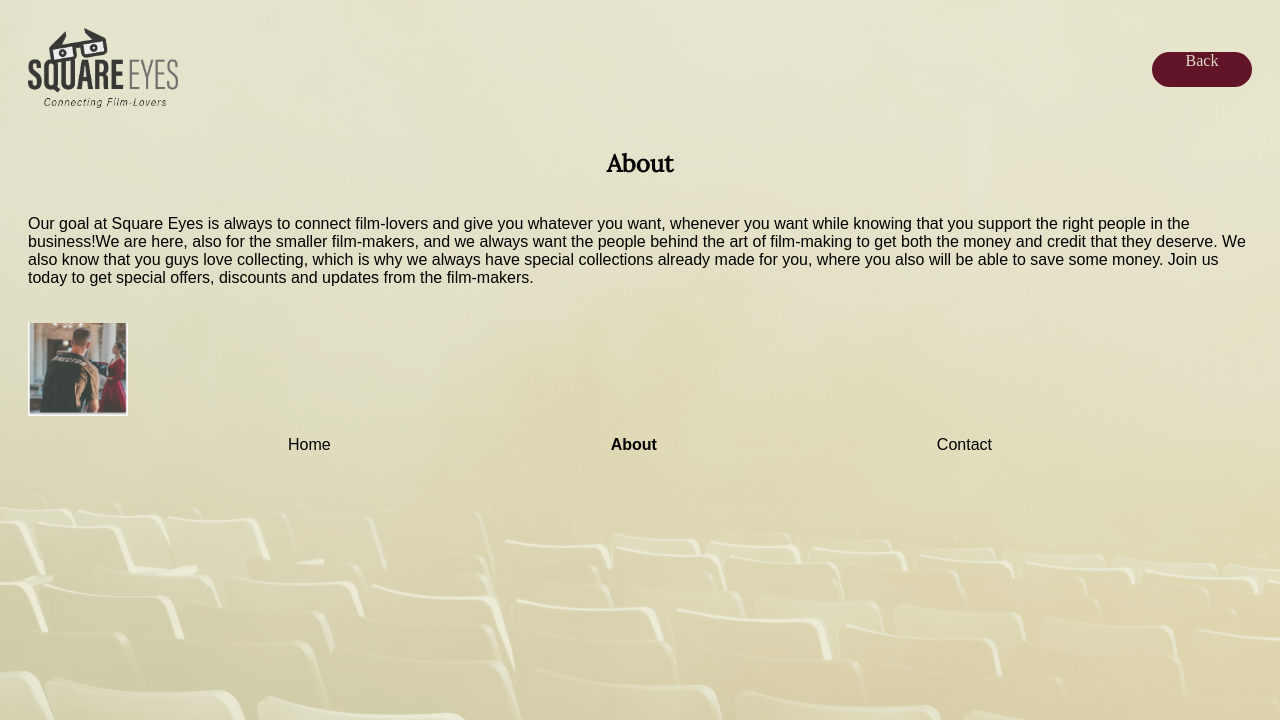
Repository: Noroff-FEU-Assignments/cross-course-project-Bekkholt
Page: about.html
These files come from the project's save history. The page is drawn as it stood at one moment and after the next save; the edit follows.
The browser window is 1280 px wide. The pictures show the whole page.

Above is the page before, as saved 2022-11-03 12:48:22.

After the next save:
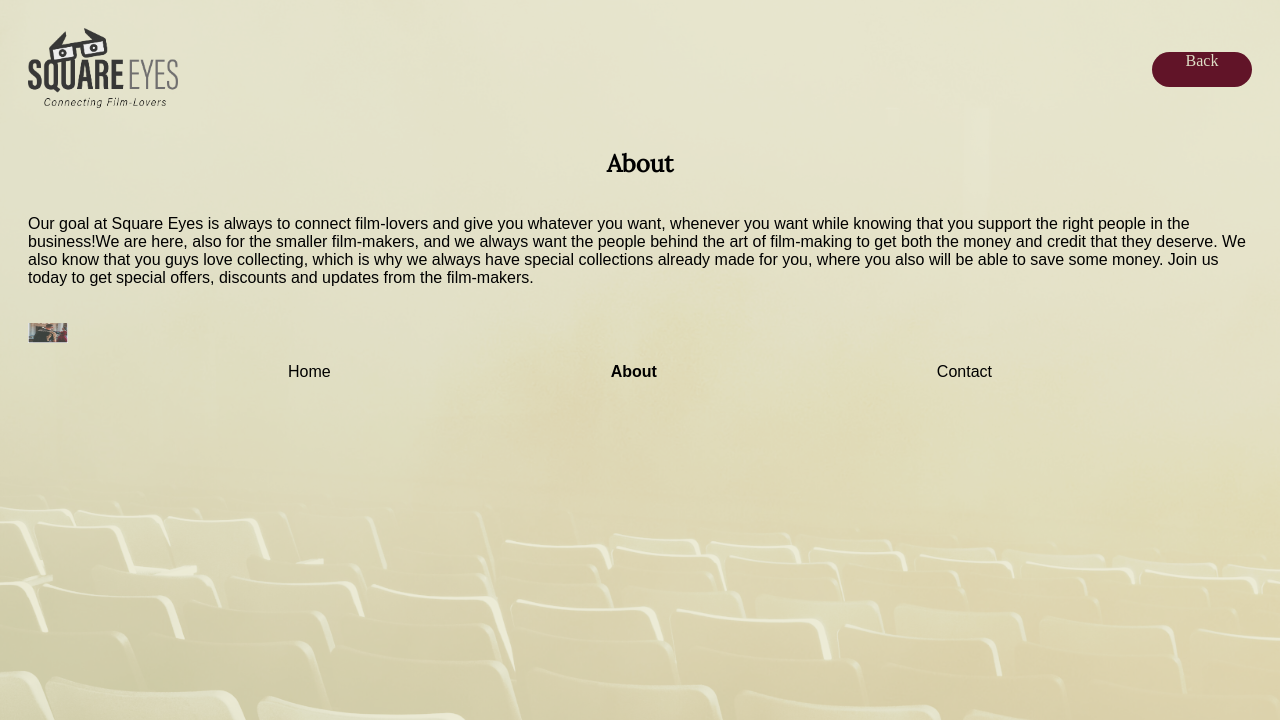
Saved 25 s later.
--- a/css/index.css
+++ b/css/index.css
@@ -143,6 +143,8 @@
 
 .director_photo {
     padding-left: 20px;
+    height: 20px;
+    width: 40px;
 }
 
 input, textarea  {

After the save that followed:
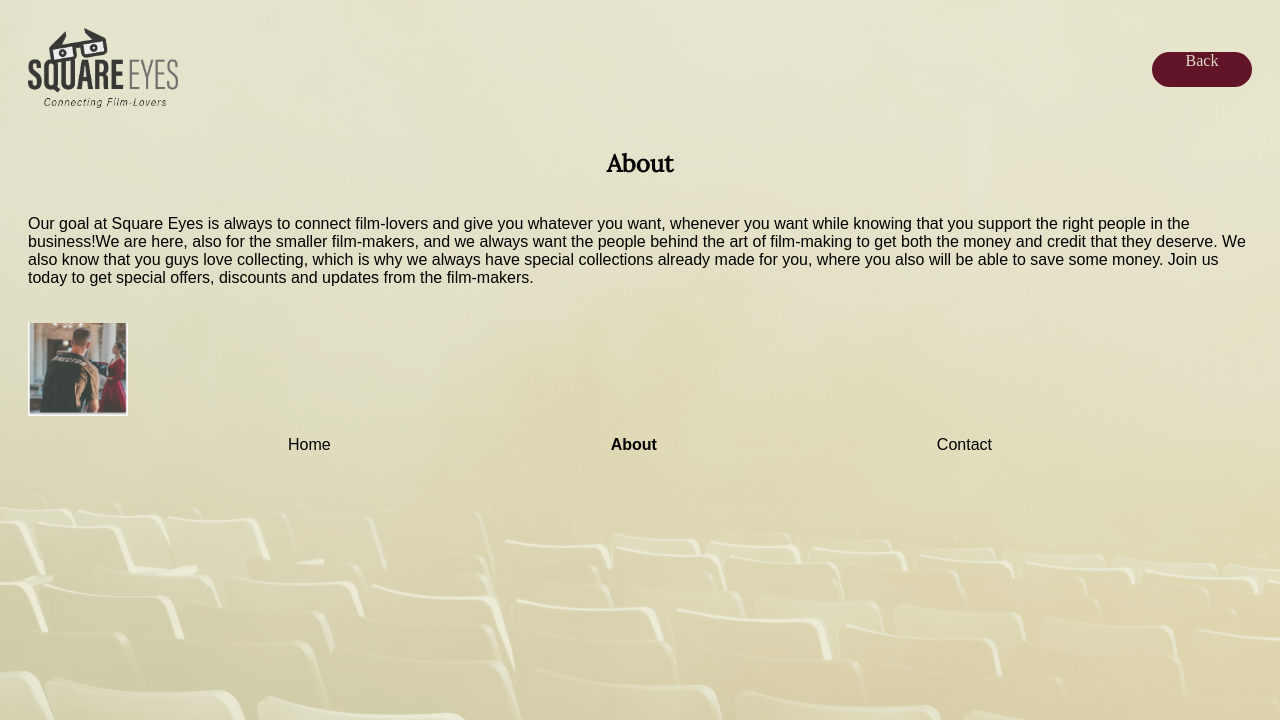
Saved 12 s later.
--- a/css/index.css
+++ b/css/index.css
@@ -143,8 +143,7 @@
 
 .director_photo {
     padding-left: 20px;
-    height: 20px;
-    width: 40px;
+    size: 100%;
 }
 
 input, textarea  {
